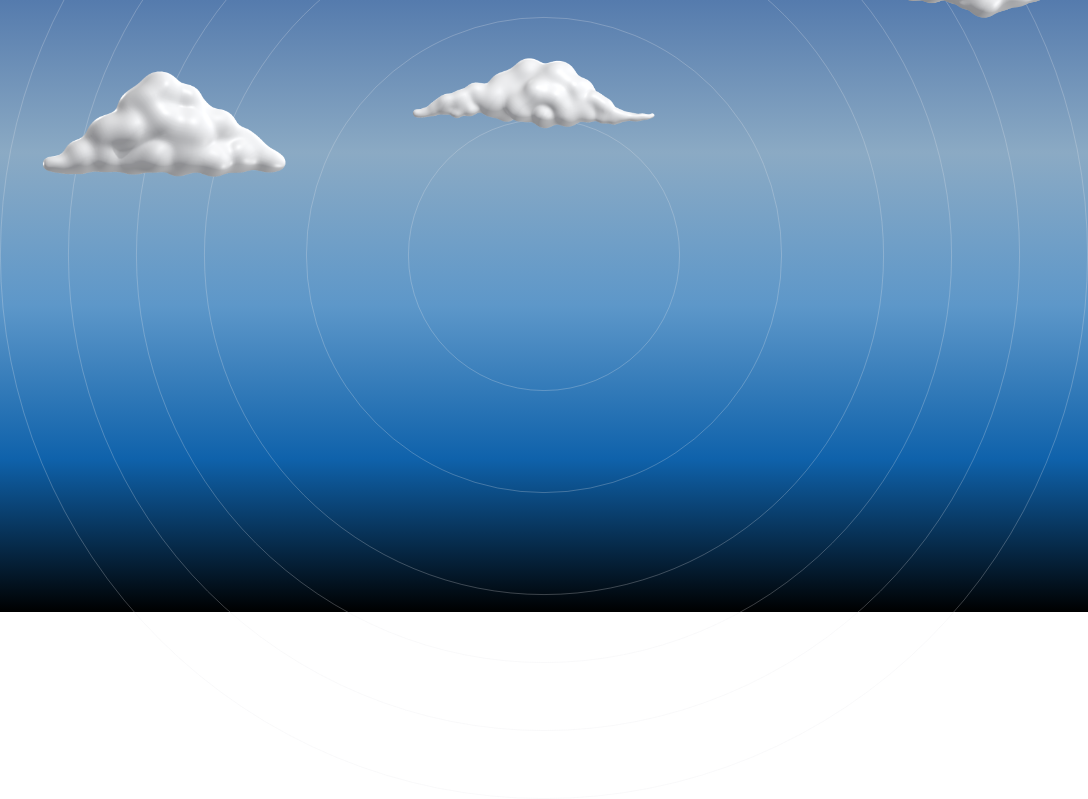
Repository: GG1627/2d-portfolio
Page: /
The author's editor kept a copy of each file at every save. The page is drawn from the files as they stood at one save, then again after the next save.
The browser window is 1280 px wide. The pictures show the whole page, at 85% of full size.
The project was rebuilt for these pictures with package versions that can differ from the ones it lists, and the page was loaded fresh each time. The framework's server and built-in components were replaced by stand-ins that run in the browser. Also part of the build but not shown: next.config.ts.

Above is the page before, as saved 2025-01-07 15:16:31.

### app/page.tsx
import Image from "next/image";
import { Hero } from "./components/ui/Hero";

export default function Home() {
  return (
    <div>
      <Hero />
    </div>
  );
}

### app/components/ui/Hero.tsx
"use client";
import Image from "next/image";
import profilepic from "../assets/profilepic.png";
import { TypeAnimation } from "react-type-animation";
import React, { useRef } from "react";
import ParallaxClouds from "./Clouds";

export const Hero = () => {
  const parallaxRef = useRef<HTMLDivElement>(null); // Keeps it flexible

  return (
    <div
      style={{
        background:
          "linear-gradient(180deg, #557BAD, #8BAAC4, #5D97C9, #0F62AB, #000)",
      }}
      className="overflow-x-clip min-h-screen pt-12 flex items-center justify-center"
    >
      <ParallaxClouds />
    </div>
  );
};

### app/components/ui/Clouds.tsx
import React, { useEffect, useState } from "react";
import Cloud1 from "../../assets/cloud1.png";
import Cloud2 from "../../assets/cloud2.png";
import Cloud3 from "../../assets/cloud3.png";
import Cloud4 from "../../assets/cloud4.png";
import Cloud5 from "../../assets/cloud5.png";
import Image from "next/image";
import { Circles } from "./Circles";

const ParallaxClouds = () => {
  const [mousePosition, setMousePosition] = useState({ x: 0, y: 0 });
  const [cloudsPosition, setCloudsPosition] = useState({
    cloud1: { x: 0, y: 0 },
    cloud2: { x: 0, y: 0 },
    cloud3: { x: 0, y: 0 },
    cloud4: { x: 0, y: 0 },
    cloud5: { x: 0, y: 0 },
  });

  // Track mouse position
  const handleMouseMove = (e: MouseEvent) => {
    const { clientX, clientY } = e;
    setMousePosition({ x: clientX, y: clientY });
  };

  // Calculate cloud positions based on mouse position
  useEffect(() => {
    const updateCloudPositions = () => {
      setCloudsPosition({
        cloud1: {
          x: (mousePosition.x - window.innerWidth / 2) * 0.05,
          y: (mousePosition.y - window.innerHeight / 2) * 0.05,
        },
        cloud2: {
          x: (mousePosition.x - window.innerWidth / 2) * 0.1,
          y: (mousePosition.y - window.innerHeight / 2) * 0.1,
        },
        cloud3: {
          x: (mousePosition.x - window.innerWidth / 2) * 0.15,
          y: (mousePosition.y - window.innerHeight / 2) * 0.15,
        },
        cloud4: {
          x: (mousePosition.x - window.innerWidth / 2) * 0.2,
          y: (mousePosition.y - window.innerHeight / 2) * 0.2,
        },
        cloud5: {
          x: (mousePosition.x - window.innerWidth / 2) * 0.25,
          y: (mousePosition.y - window.innerHeight / 2) * 0.25,
        },
      });
    };

    updateCloudPositions();
  }, [mousePosition]); // Update whenever the mouse position changes

  // Add event listener for mouse movement
  useEffect(() => {
    window.addEventListener("mousemove", handleMouseMove);

    // Clean up the event listener
    return () => {
      window.removeEventListener("mousemove", handleMouseMove);
    };
  }, []);

  return (
    <div className="absolute top-[-45%] left-[50%] w-[78rem] -translate-x-1/2 aspect-square">
      <Circles />
      <Image
        src={Cloud1}
        alt="cloud 1"
        className="absolute"
        style={{
          left: `calc(5% + ${cloudsPosition.cloud1.x}px)`,
          top: `calc(10% + ${cloudsPosition.cloud1.y}px)`,
          width: "250px", // Make the cloud smaller
          transition: "transform 0.1s ease-out",
        }}
      />
      <Image
        src={Cloud2}
        alt="cloud 2"
        className="absolute"
        style={{
          left: `calc(85% + ${cloudsPosition.cloud2.x}px)`,
          top: `calc(15% + ${cloudsPosition.cloud2.y}px)`,
          width: "250px", // Make the cloud smaller
          transition: "transform 0.1s ease-out",
        }}
      />
      <Image
        src={Cloud3}
        alt="cloud 3"
        className="absolute"
        style={{
          left: `calc(10% + ${cloudsPosition.cloud3.x}px)`,
          top: `calc(30% + ${cloudsPosition.cloud3.y}px)`,
          width: "300px", // Make the cloud smaller
          transition: "transform 0.1s ease-out",
        }}
      />
      <Image
        src={Cloud4}
        alt="cloud 4"
        className="absolute"
        style={{
          left: `calc(50% + ${cloudsPosition.cloud4.x}px)`,
          top: `calc(10% + ${cloudsPosition.cloud4.y}px)`,
          width: "300px", // Make the cloud smaller
          transition: "transform 0.1s ease-out",
        }}
      />
      <Image
        src={Cloud5}
        alt="cloud 5"
        className="absolute"
        style={{
          left: `calc(50% + ${cloudsPosition.cloud5.x}px)`,
          top: `calc(30% + ${cloudsPosition.cloud5.y}px)`,
          width: "300px", // Make the cloud smaller

          transition: "transform 0.1s ease-out",
        }}
      />
    </div>
  );
};

export default ParallaxClouds;

### app/components/ui/Circles.tsx
export const Circles = () => {
  return (
    <>
      <div className="aspect-square absolute opacity-30 top-1/2 left-1/2 w-[60rem] border rounded-full -translate-x-1/2 -translate-y-1/2"></div>
      <div className="aspect-square absolute opacity-30 top-1/2 left-1/2 w-[50rem] border rounded-full -translate-x-1/2 -translate-y-1/2"></div>
      <div className="aspect-square absolute opacity-30 top-1/2 left-1/2 w-[35rem] border rounded-full -translate-x-1/2 -translate-y-1/2"></div>
      <div className="aspect-square absolute opacity-30 top-1/2 left-1/2 w-[20rem] border rounded-full -translate-x-1/2 -translate-y-1/2"></div>
      <div className="aspect-square absolute opacity-30 top-1/2 left-1/2 w-[70rem] border rounded-full -translate-x-1/2 -translate-y-1/2"></div>
      <div className="aspect-square absolute opacity-30 top-1/2 left-1/2 w-[80rem] border rounded-full -translate-x-1/2 -translate-y-1/2"></div>
    </>
  );
};

Loaded but not shown: app/layout.tsx (common file); app/globals.css (common file); tailwind.config.ts (common file)

After the next save:
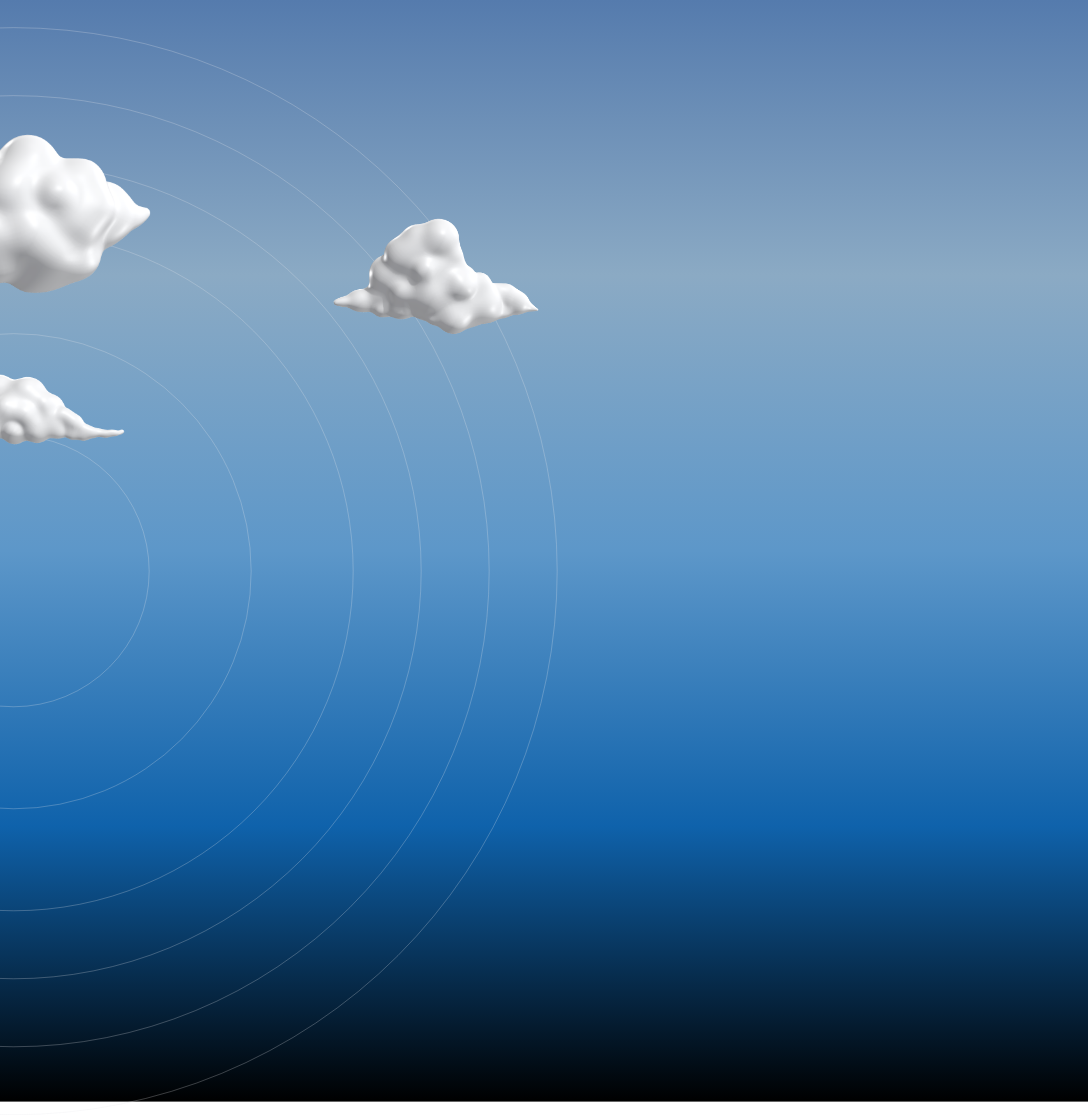
Saved 9 min 4 s later.
--- a/app/components/ui/Clouds.tsx
+++ b/app/components/ui/Clouds.tsx
@@ -64,7 +64,7 @@
   }, []);
 
   return (
-    <div className="absolute top-[-45%] left-[50%] w-[78rem] -translate-x-1/2 aspect-square">
+    <div className=" top-[-45%] left-[50%] w-[78rem] -translate-x-1/2 aspect-square">
       <Circles />
       <Image
         src={Cloud1}

After the save that followed:
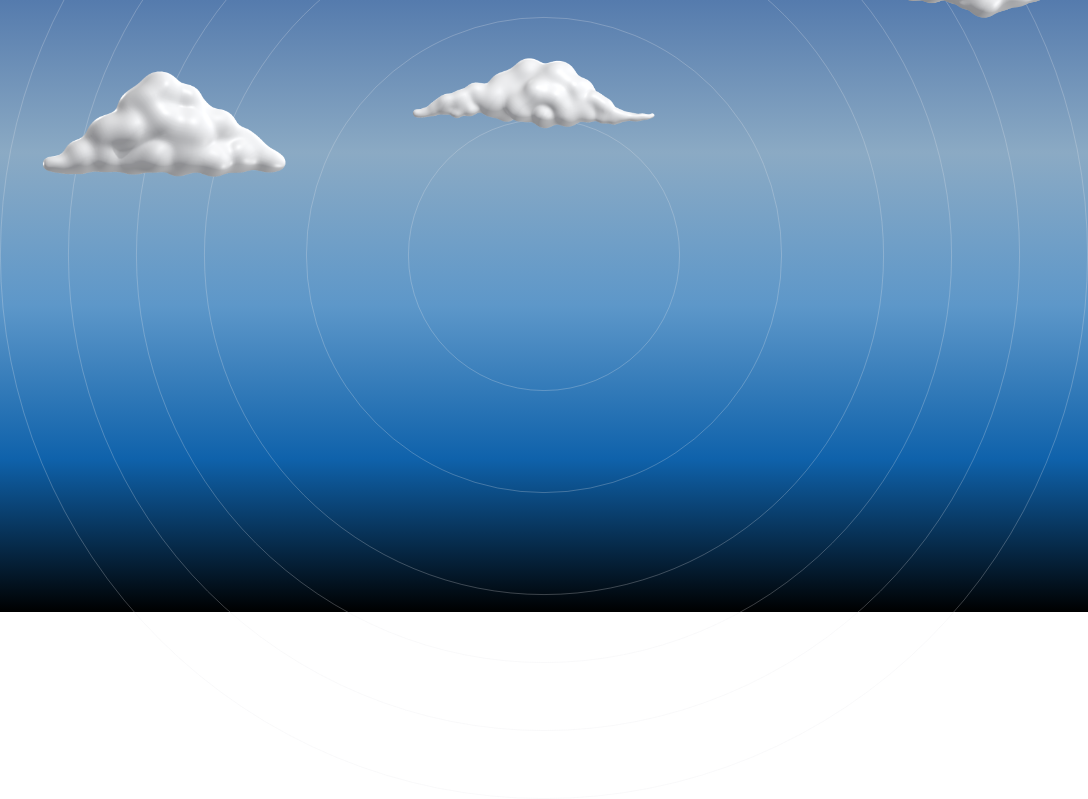
Saved 6 s later.
--- a/app/components/ui/Clouds.tsx
+++ b/app/components/ui/Clouds.tsx
@@ -64,7 +64,7 @@
   }, []);
 
   return (
-    <div className=" top-[-45%] left-[50%] w-[78rem] -translate-x-1/2 aspect-square">
+    <div className="absolute top-[-45%] left-[50%] w-[78rem] -translate-x-1/2 aspect-square">
       <Circles />
       <Image
         src={Cloud1}
